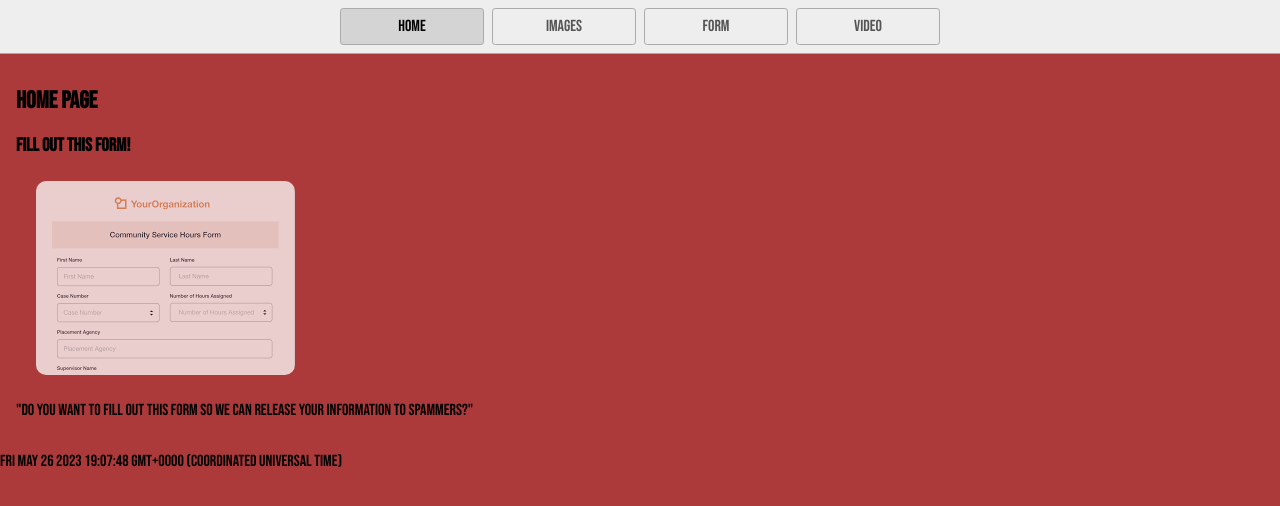
Repository: sebas6292/palmTree-Final
Page: Home.html
These files come from the project's save history. The page is drawn as it stood at one moment and after the next save; the edit follows.
The browser window is 1280 px wide. The pictures show the whole page.

Above is the page before, as saved 2023-06-03 11:32:50.

### Home.html
<!DOCTYPE html>
<html lang="en">
  <head>
    <title>Jeff's Final</title>
    <meta charset="UTF-8" />
    <meta name="viewport" content="width=device-width" />
  <link rel="icon" href="/Assets/favicon.jpg" type="image/x-icon">
    <link rel="preconnect" href="https://fonts.googleapis.com">
    <link rel="preconnect" href="https://fonts.gstatic.com" crossorigin>
    <link href="https://fonts.googleapis.com/css2?family=Bebas+Neue&display=swap" rel="stylesheet">
    <link rel="stylesheet" href="styles.css" />
  </head>
  <body>
    <nav>
      <a href="/Home.html" aria-current="page">Home</a>
      <a href="/Images.html">Images</a>
      <a href="/Form.html">Form</a>
      <a href="/Video.html">Video</a>
    </nav>
    <main>
      <h1>Home page</h1>
      <div>
        <h3>Fill out this Form!</h3>
        <a
          href="/Form.html"
        >
          <img src="./Assets/form.png" />
        </a>
        <p>"Do you want to fill out this form so we can release your information to spammers?"</p>
        <p id="date"></p>
      </div>
    </main>
    <script>
      document.write(Date())
    </script>
  </body>
</html>

### styles.css
* {
    box-sizing: border-box;
  }

  body {
    margin: 0;
    font-family: 'Bebas Neue', sans-serif;
    color: black;
    background-color: white;
  }
  @keyframes body {
    0%   {background-color: white;}
    25%  {background-color: brown}
    50%  {background-color: purple;}
    100% {background-color: black;}
  }
  body {
    background-color: white;
    animation-name: body;
    animation-duration: 30s;
  }

  nav {
    display: flex;
    flex-wrap: wrap;
    align-items: center;
    justify-content: center;
    padding: 0.5rem;
    gap: 0.5rem;
    border-bottom: solid 1px #aaa;
    background-color: #eee;
  }

  nav a {
    display: inline-block;
    min-width: 9rem;
    padding: 0.5rem;
    border-radius: 0.2rem;
    border: solid 1px #aaa;
    text-align: center;
    text-decoration: none;
    color: #555;
  }

  nav a[aria-current='page'] {
    color: #000;
    background-color: #d4d4d4;
  }

  main {
    padding: 1rem;
  }

  h1 {
    font-weight: bold;
    font-size: 1.5rem;
  }
  .form-title {
    margin-left: 57px;
    color: whitesmoke;
    padding-top: 15px;
  }

  .bg-img {
    background-image: url('/Assets/pier2.jpeg');
    height: 500px;
    border-radius: 10px;
  }

  .form-container {
    position: absolute;
    margin: 0 0 0 40px;
    max-width: 400px;
    padding: 24px;
    background-color: whitesmoke;
    border-radius: 10px;
  }
  input[type=text], input[type=password], input[id=comment] {
    width: 100%;
    padding: 10px;
    border: none;
    background: #f1f1f1;
    border-radius: 5px;
  }
  .btn {
    background-color: #04AA6D;
    color: white;
    margin-bottom: .5rem ;
    padding: 5px 0 5px 0;
    border: none;
    cursor: pointer;
    border-radius: 5px;
    width: 100%;
    opacity: 0.75;
  }
  .btn:hover {
    opacity: 1;
  }
  img {
    border-radius: 10px;
    margin: 5px 0 5px 20px;
    opacity: .75;
  }
  img:hover {
    opacity: 1;
    width: 300px;
  }
  .video-title {
   margin: 0px 0 0 20px;
   padding-top: 20px;
  }

  video {
    margin: 20px 0 0 15px;
    border-radius: 10px;
  }

After the next save:
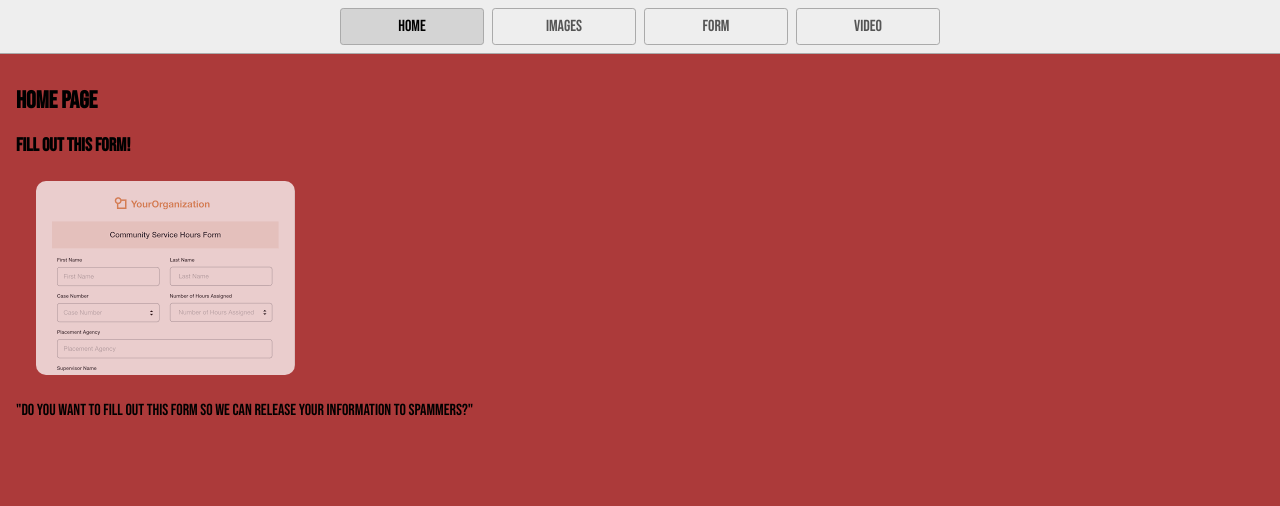
Console error: ReferenceError: year is not defined
Saved 104 s later.
--- a/Home.html
+++ b/Home.html
@@ -31,7 +31,7 @@
       </div>
     </main>
     <script>
-      document.write(Date())
+      document.write(new Date(year,month,day))
     </script>
   </body>
 </html>

After the 2 saves that followed:
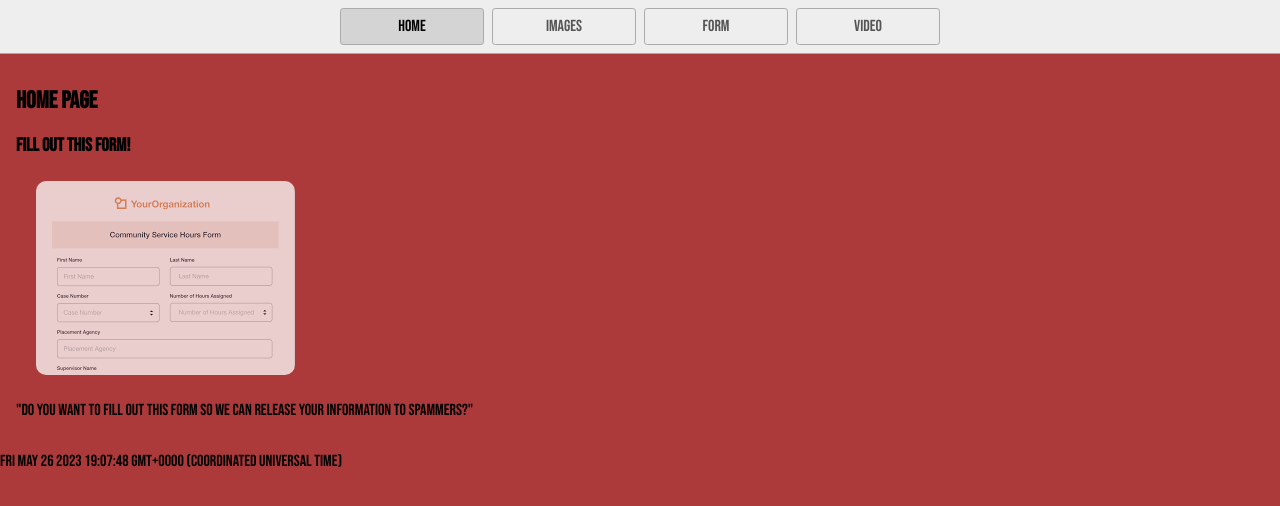
The error is gone.
The 2 saves are shown as one change because 1 left the picture as it was.
The last was saved 25 s later.
--- a/Home.html
+++ b/Home.html
@@ -31,7 +31,7 @@
       </div>
     </main>
     <script>
-      document.write(new Date(year,month,day))
+      document.write(Date())
     </script>
   </body>
 </html>
